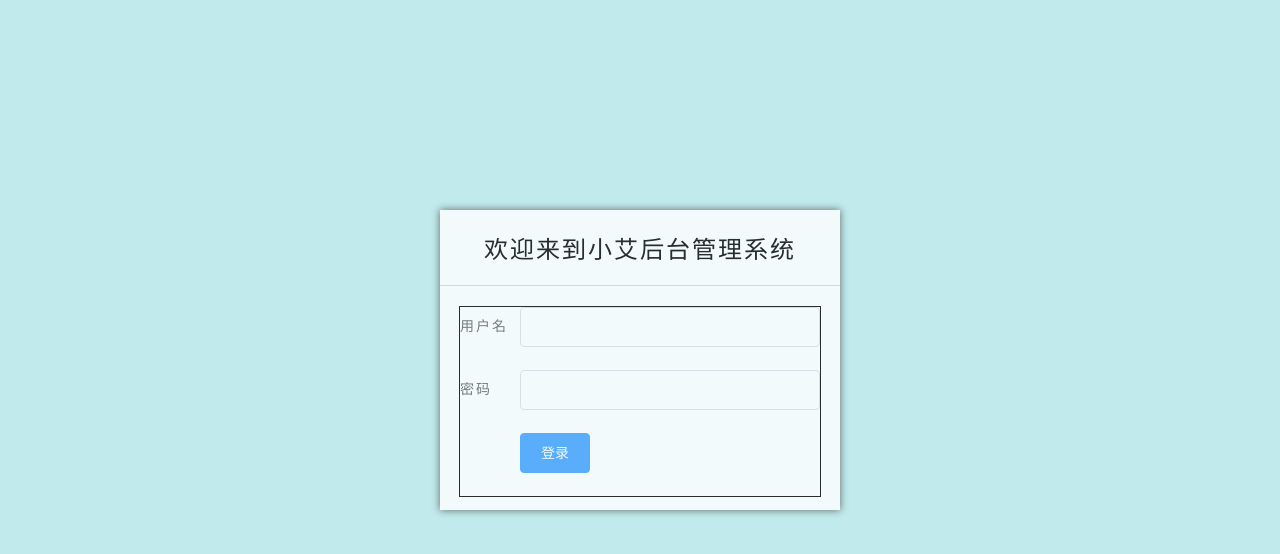
Repository: noob-injoker/router-slots-cw-ee
Page: /Login
An editor plug-in stored every save of this project. The page is shown before and after the next save, followed by the edit.
The browser window is 1280 px wide. The pictures show the whole page.
The project was rebuilt for these pictures with package versions that can differ from the ones it lists, and the page was loaded fresh each time. Also part of the build but not shown: vue.config.js, src/views/Home.vue, src/views/Layout.vue.

Above is the page before, as saved 2020-08-29 21:10:04.

### src/main.js
import Vue from 'vue'
import App from './App.vue'
import router from './router'
import store from './store'
import './bus'
import ElementUI from 'element-ui'
import 'element-ui/lib/theme-chalk/index.css'

Vue.use(ElementUI)

Vue.config.productionTip = false

new Vue({
  router,
  store,
  render: h => h(App)
}).$mount('#app')

### src/App.vue
<template>
<div id="app">

  <router-view />

</div>
</template>

<style>
@import './styles/styles.scss';
@import './styles/common.scss';
</style>

### src/router/index.js
import Vue from 'vue'
import VueRouter from 'vue-router'
import Home from '../views/Home.vue'
import Layout from '../views/Layout.vue'

Vue.use(VueRouter)

  const routes = [
    {
      path: '/',
      name: 'Layout',
      component: Layout,
      children: [

        {
          path: '',
          name: 'Home',
          component: Home
        }
        // ,
        // {
        //   path: 'cata',
        //   name: 'cata',
        //   component: () => import('../views/cata.vue')
        // }
      ]

    },
    {
      path:'/Login',
      name:"Login",
      component: () => import('../views/Login.vue'),
      meta:{
        title:'登录'
      }
    },
  // ,
  // {
  //   path: '/about',
  //   name: 'About',
  //   // route level code-splitting
  //   // this generates a separate chunk (about.[hash].js) for this route
  //   // which is lazy-loaded when the route is visited.
  //   component: () => import(/* webpackChunkName: "about" */ '../views/About.vue')
  // }

]

const router = new VueRouter({
  mode: 'history',
  base: process.env.BASE_URL,
  routes
})

export default router

### src/store/index.js
import Vue from 'vue'
import Vuex from 'vuex'
import user from './user/user'

Vue.use(Vuex)

export default new Vuex.Store({
  state: {
    some:""
  },
  mutations: {
    setSome(state,data){
      state.some = data
    }
  },
  actions: {
  },
  modules: {
    user
  }
})

### src/bus/index.js
import Vue from 'vue'
const bus = new Vue()
Vue.prototype.$bus = bus

### src/styles/styles.scss
.username .el-form-item__label,.password .el-form-item__label{
    text-align: left;
}

### src/styles/common.scss
*{
  margin: 0px;
  padding: 0px;
}

.df{
  display: flex;
}
.f-1{
  flex: 1;
}
.j-center{
  display: flex;
  justify-content: center;

}
.j-bettween{
  display: flex;
  justify-content: space-between;

}
.j-around{
  display: flex;
  justify-content: space-around;
}
.j-end{
  display: flex;
  justify-content: flex-end;
}
.a-center{
  align-items: center;
}
.f-column{
  display: flex;
  flex-direction: column;
}
.p-r{
  position: relative;
}
.p-a{
  position: absolute;
}

.r1{
  border: 1px solid red;
}
.y1{
  border: 1px solid yellow;
}
.b1{
  border: 1px solid black;
}

.l-height32{
  line-height: 32px;
}
.w100{

  width: 100%;

}
.t-center{
  text-align: center;

}
.f12{
  font-size: 12px;
}

.w1170{
  width: 1170px;
}
.h100{
  height: 100px;
}
.h70{
  height: 70px;
}
.h436{
  height: 436px;
}
.h350{
  height: 350px;
}
.w1070{
  width: 1070px;
}
.h1590{
  height: 1590px;
}
.h726{
  height: 726px;
}
.w1054{
  width: 1054px;
}
.h160{
  height: 160px;
}
.w732{
  width: 732px;
}
.b2{
  border: 2px solid black;
}
.h434{
  height: 434px;

}
.h600{
  height: 600px;
}
.w1078{
  width: 1078px;
}
.h362{
  height: 362px;
}
.fs16{
  font-size: 16px;
}
.w652{
  width: 652px;

}
.h82{
  height: 82px;
}
.w1064{
  width: 1064px;
}
.h352{
  height: 352px;
}
.w286{
  width: 286px;
}
.h22{
  height: 22px;
}
.w290{
  width: 290px;
}
.h330{
  height: 330px;
}
.mt40{
  margin-top: 40px;
}
.h724{
  height: 724px;
}
.h630{
  height: 630px;

}
.w1058{
  width: 1058px;
}
.h160{
  height: 160px;
}
.w290{
  width: 290px;
}
.w738{
  width: 738px;
}
.w1170{
  width: 1170;
}
.h468{
  height: 468px;
}
.mt20{
  margin-top: 20px;
}
.h318{
  height: 318px;
}
.w652{
  width: 652px;
}
.w370{
  width: 370px;
}
.h314{
  height: 314px;
}
.g1{
  border: 1px solid gray;
}
.w146{
  width: 146px;
}
.box_content3_pic img{
  width: 100%;
  height: 100%;
}
.w488{
  width: 488px;
}
.h420{
  height: 420px;
}
.h234{
  height: 234px;
}
.w950{
  width: 950px;
}
.h68{
  height: 68px;
}
.w124{
  width: 124px;
}
.h50{
  height: 50px;
}
.w190{
  width: 190px;
}
.h44{
  height: 44px;
}
.w184{
  width: 184px;
}
.h32{
  height: 32px;
}
.h400{
  height: 400px;
}
.w1200{
  width: 1200px;
}
.w950{
  width: 950px;

}
.h630{
  height: 630px;
}
.h188{
  height: 188px;
}
.h380{
  height: 380px;
}
.h335{
  height: 335px;
}
.h138{
  height: 138px;
}
.w238{
  width: 238px;
}
.h668{
  height: 668px;
}
.h446{
  height: 446px;
}
.w460{
  width: 460px;
}
.w140{
  width: 140px;
}
.h140{
  height: 140px;
}
.w320{
  width: 320px;
}
.w950{
  width: 950px;

}
.h498{
  height: 498px;
}
.h100{
  height: 100px;
}
.h398{
  height: 398px;
}
.mb10{
  margin-bottom: 10px;
}
.w358{
  width: 358px;
}
.w440{
  width: 440px;
}
.w119{
  width: 119px;
}
.h30{
  height: 30px;
}
.w59{
  width: 59px;
}
.h88{
  height: 88px;
}
.w1000{
  width: 1000px;
}
.height{
  height: 460px;
}
.w120{
  width: 120px;
}
.h70{
  height: 70px;
}
.fs12{
  font-size: 12px;
}
.fs14{
  font-size: 14px;
}
.h509{
  height: 509px;
}
.w644{
  width: 644px;
}
.w274{
  width: 274px;
}
.w162{
  width: 274px;
}
.h104{
  height: 104px;
}
.w450{
  width: 450px;
}
.w162{
  width: 162px;
}
.h38{
  height: 38px;
}
.h40{
  height: 40px;
}
.w276{
  width: 276px;
}
.h320{
  height: 320px;
}
.w274{
  width: 274px;

}
.h76{
  height: 76px;
}
.h84{
  height: 84px;
}
.h140{
  height: 140px;
}
.h72{
  height: 72px;
}
.h80{
  height: 80px;
}
.h140{
  height: 140px;
}
.w98{
  width: 98px;
}
.w172{
  width: 172px;
}
.h310{
  height: 310px;
}
.h150{
  height: 150px;
}
.h40{
  height: 40px;
}
.pr{
  position: relative;
}
.pa{
  position: absolute;
}
.h176{
  height: 176px;
}
.w920{
  width: 920px;
}
.h122{
  height: 122px;
}
.h145{
  height: 145px;
}
.h108{
  height: 108px;
}
.h48{
  height: 48px;
}
.w612{
  width: 612px;
}
.h36{
  height: 36px;
}
.w322{
  width: 322px;
}
.w1002{
  width: 1002px;
}
.h98{
  height: 98px;
}
.h44{
  height: 44px;
}

.h328{
  height: 328px;
}
.w670{
  width: 670px;
}
.w258{
  width: 258px;
}
.h368{
  height: 368px;
}
.h308{
  height: 308px;
}
.w332{
  width: 332px;
}
.h590{
  height: 590px;
}
.h466{
  height: 466px;
}
.w242{
  width: 242px;
}
.w732{
  width: 732px;
}
.h42{
  height: 42px;
}
.w420{
  width: 420px;
}
.w270{
  width: 270px;
}
.w730{
  width: 730px;
}
.h150{
  height: 150px;
}
.w270{
  width: 270px;
}
.h120{
  height: 120px;
}
.w420{
  width: 420px;
}

.h150{
  height: 150px;
}
.w244{
  width: 244px;

}
.h276{
  height: 276px;
}
.h42{
  height: 42px;
}
.h490{
  height: 490px;
}
.f1{
  flex: 1;
}
.f5{
  flex: 5;
}
.h64{
  height: 64px;
}
.m-l-20{
  margin-left: 20px;
}
.p-l-8{

  padding-left: 8px;
}
.cw{
  color: white;
}
.bg_blue{
  background: rgb(87, 87, 128);
}
.p10{
  padding:10px;
}
.m-t-40{
  margin-top: 40px;
}
.m-t-10{
  margin-top: 10px;
}
.wb20{
  width: 20%;
}
.wb24{
  width: 24%;
}
.hb30{
  height: 30%;
}
.h60{
  height: 60px;
}
.fs22{
  font-size: 40px;
}
.h50{
  height: 50px;
}
.w200{
  width: 200px;
}
.m-t-10{
  margin-top: 10px;
}
.fw7{
  font-weight: 700;
}
.w200{
  width: 200px;
}
.h200{
  height: 200px;
}
.h602{
  height: 602px;
}
.h608{
  height: 607px;
}
.m-l-r-20{
  margin-left: 20px;
  margin-right: 20px;
}
.bgwhite{
  background: white;
}
.fixed{
  position: fixed;
}
.m-l-r-15{
  margin-left: 15px;
  margin-right: 15px;
}
.m-l-10{
  margin-left: 10px;
}
.m-t-15{
  margin-top:15px
}
.h40{
  height: 40px;
}
.bgw{
  background: white;
}
.h30{
  height: 30px;
}
.wb100{
  width: 100%;
}
.w300{
  width: 400px;
}
.h40{
  height: 40px;
}
.m-b-20{
  margin-bottom: 20px;
}
.m-t-20{
  margin-top: 20px;
}
.m-r-30{
  margin-right:30px;
}
.ccc{
  display: flex;
  align-items: center;
  justify-content: center;
}
.w00{
  width: 100%;

}
.h00{
  height: 100%;
}
.bgBlue{
  background: blue;
}
.bgBlack{
  background: black;
}
.bgGreen{
  background: green;
}

### src/views/Login.vue
<template>
<div class="box">

  <div class="login-box">
    <div class="title ">欢迎来到小艾后台管理系统</div>
    <div class="line"></div>

    <div class="b1 form-box">
      <el-form :model="ruleForm" :rules="rules" ref="ruleForm" label-width="60px" class="demo-ruleForm">

        <div class="username">
          <el-form-item label="用户名" prop="用户名">
            <el-input v-model="ruleForm.username"></el-input>
          </el-form-item>
        </div>

        <div class="password">
          <el-form-item label="密码" prop="密码">
            <el-input type="password" v-model="ruleForm.password"></el-input>
          </el-form-item>
        </div>

        <el-form-item>

          <el-button type="primary" @click="submitForm('ruleForm')">登录</el-button>

        </el-form-item>

      </el-form>
    </div>

  </div>
</div>
</template>

<script>
export default {
  name: '',
  props: {},
  components: {

  },
  data() {
    return {
      ruleForm: {
        username: '',
        password: "",
      },
      rules: {
        username: [{
            required: true,
            message: '请输入用户名',
            trigger: 'blur'
          },
          {
            min: 3,
            max: 5,
            message: '长度在 3 到 5 个字符',
            trigger: 'blur'
          }
        ],
        password: [{
            required: true,
            message: '请输入密码',
            trigger: 'blur'
          },
          {
            min: 3,
            max: 5,
            message: '长度在 3 到 5 个字符',
            trigger: 'blur'
          }
        ]
      }

    }
  },
  methods: {

    submitForm(formName) {
      this.$refs[formName].validate((valid) => {
        if (valid) {
          this.$store.dispatch('user/login', {
            username: this.ruleForm.username,
            password: this.ruleForm.password
          })
          alert('submit!');

        } else {
          console.log('error submit!!');
          return false;
        }
      });
    }

  },
  mounted() {

  },
  watch: {

  },
  computed: {

  }
}
</script>

<style lang="scss" scoped>
.form-box{
  width: 360px;
}
.line {
  text-align: left !important;
}

.line {
  margin: 20px auto;
  width: 100%;
  height: 1px;
  background: rgb(216, 212, 212);
}

.title {
  margin-top: 20px;
  font-size: 24px;
}

.el-input__inner {
  background: white;
}

.box {
  letter-spacing: 2px;
  background: rgb(192, 234, 236);
  width: 100%;
  height: 100%;
  position: absolute;

}

.login-box {
  position: absolute;
  margin: auto;
  left: 0;
  right: 0;
  top: 0;
  bottom: 0;
  width: 400px;
  height: 300px;
  background: white;
  box-shadow: 0 0 8px rgb(75, 70, 70);
  display: flex;
  flex-direction: column;
  align-items: center;
  opacity: 0.8;

}
</style>

### src/store/user/user.js
import api from '../../http/api'
import router from '../../router'
import {Message} from 'element-ui'

export default {
  // 开启命名空间 这个文件就是单独的一个vuex的模块
  namespaced: true,
  state: {
    menus: []
  },
  mutations: {
    setMenus(state, data) {
      state.menus = data
    }
  },
  actions: {
    // 所有的请求都写在actions里面
    // action里面的方法可以传两个参数 第一个参数是整个store(vuex对象) 第二个参数是请求的参数
    async getMenus({commit}) {
      let res = await api.getMenus()
      if (res.meta.status === 200) {
        // 提交mutation
        commit('setMenus', res.data)
      }
    },
    async login({commit}, {username, password}) {
      console.log(commit);
      let res = await api.login({
        username,
        password
      })
      if (res.meta.status === 200) {
        // 存储信息
        localStorage.setItem('adminToken', res.data.token)
        localStorage.setItem('adminUser', JSON.stringify(res.data))
        // 跳转路由
        router.push('/Home')
        // 提示用户
        Message.success('登录成功')
      } else {
        Message.error(res.meta.msg)
      }
    }
    // getMenus() {
    //   api.getMenus().then().catch()
    // }
  },
}

### src/http/api.js
import service from './index'

export default {
  login({username, password}) {
    return service.post('/login', {
      username,
      password
    })
  },
  getMenus() {
    return service.get('menus')
  }
}

### src/http/index.js
import axios from 'axios'
import nprogress from 'nprogress'
import {Message} from 'element-ui'


// 运行环境: 本地环境:devlpment 和线上(生产)环境: production
const isPro = process.env.NODE_ENV === 'production'

// 创建一个axios的实例
const service = axios.create({
  // 基础路径: 需要根据当前的运行环境来判断
  baseURL: isPro ? '线上的接口路径' : '/api',
  // 超时时间
  timeout: 100000
})


// 请求拦截: 每一次发请求都会做的事情
service.interceptors.request.use((config) => {
  nprogress.start()
  // 前后端鉴权
  // jwt: JSON WEB TOKEN
  // 登录成功之后 后端会返回一个令牌
  let token = localStorage.getItem('adminToken')
  if (token) {
    // 需要在请求头当中添加token
    config.headers['Authorization'] = token
  }
  return config
}, err => {
  nprogress.done()
  return Promise.reject(err)
})


// 响应拦截: 每一次接口返回数据的时候都会做的事情
service.interceptors.response.use((res) => {
  nprogress.done()
  return res.data
}, err => {
  if (err.response && err.response.status) {
    // 错误请求的状态码
    let status = err.response.status
    if (status === 400) {
      Message.error('参数错误')
    }
    if (status === 401) {
      Message.error('登录过期,请重新登录')
    }
    if (status === 403) {
      Message.error('没有权限')
    }
    if (status === 404) {
      Message.error('接口路径错误')
    }
    if (status === 500) {
      Message.error('服务器出错')
    }
    if (status === 503) {
      Message.error('服务器在维护')
    }
  }
  return Promise.reject(err)
})


export default service

Loaded but not shown: public/index.html (common file)

After the next save:
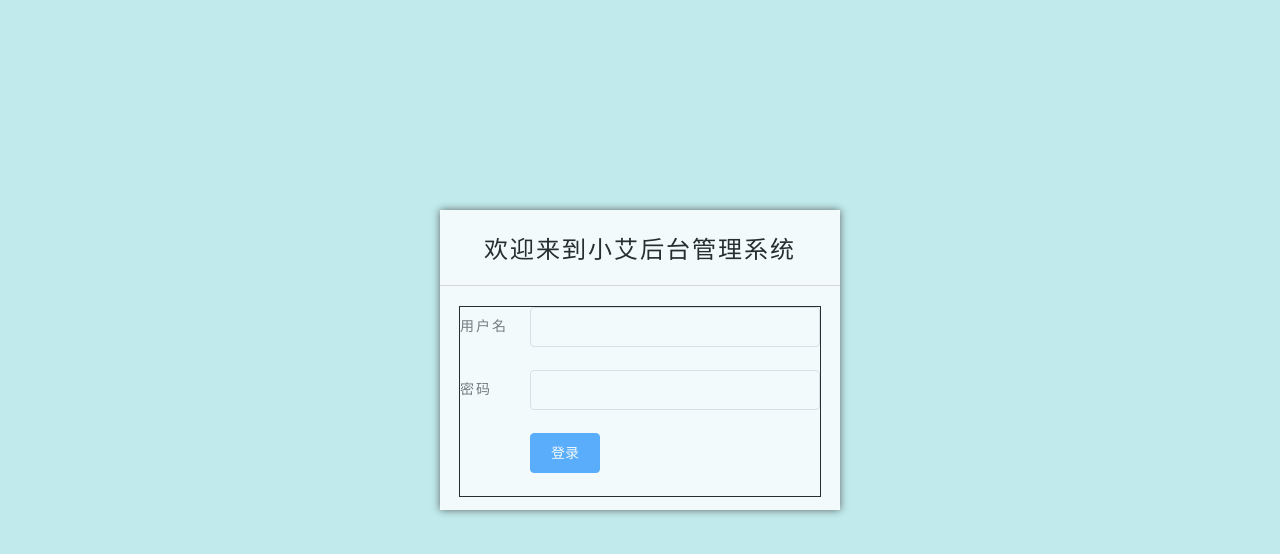
Saved 16 s later.
--- a/src/views/Login.vue
+++ b/src/views/Login.vue
@@ -6,7 +6,7 @@
     <div class="line"></div>
 
     <div class="b1 form-box">
-      <el-form :model="ruleForm" :rules="rules" ref="ruleForm" label-width="60px" class="demo-ruleForm">
+      <el-form :model="ruleForm" :rules="rules" ref="ruleForm" label-width="70px" class="demo-ruleForm">
 
         <div class="username">
           <el-form-item label="用户名" prop="用户名">
